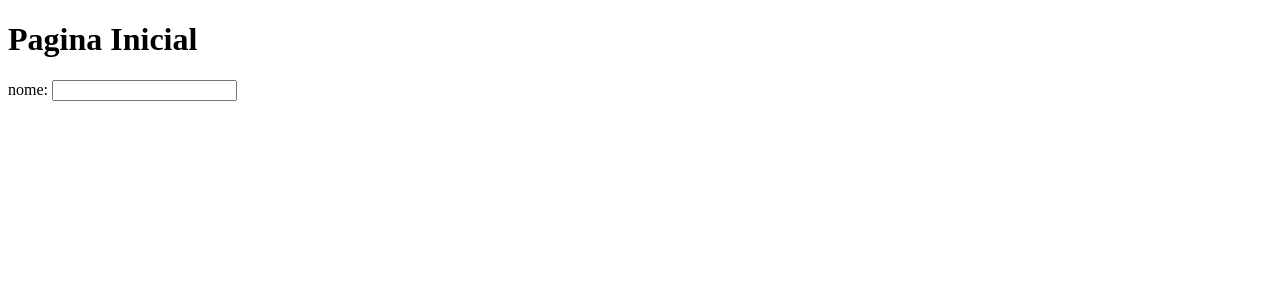
Repository: felipepalma14/Divus
Page: academiaweb/WebContent/index.html
An editor plug-in stored every save of this project. The page is shown before and after the next save, followed by the edit.
The browser window is 1280 px wide. The pictures show the whole page.

Above is the page before, as saved 2015-08-01 13:47:49.

After the next save:
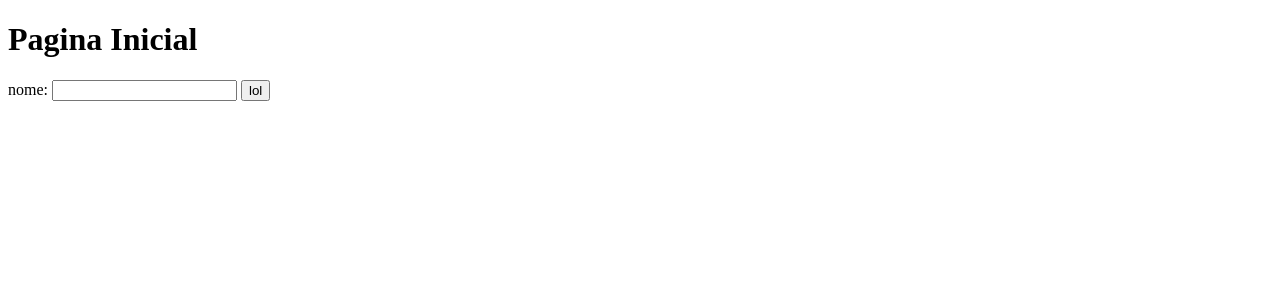
Saved 27 s later.
--- a/academiaweb/WebContent/index.html
+++ b/academiaweb/WebContent/index.html
@@ -14,6 +14,7 @@
 
 	<form action="www.dontpad.com/aj35" method="POST">
 		nome: <input type="text" name = "nome">
+		<button type="submit">lol</button>
 	</form>
 
 </body>

After the save that followed:
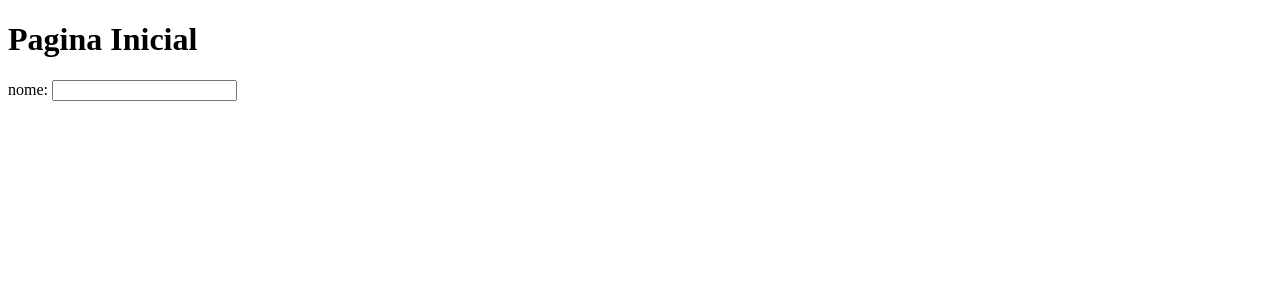
Saved 52 s later.
--- a/academiaweb/WebContent/index.html
+++ b/academiaweb/WebContent/index.html
@@ -14,7 +14,7 @@
 
 	<form action="www.dontpad.com/aj35" method="POST">
 		nome: <input type="text" name = "nome">
-		<button type="submit">lol</button>
+		<button type="submit" hidden="submeter">lol</button>
 	</form>
 
 </body>
